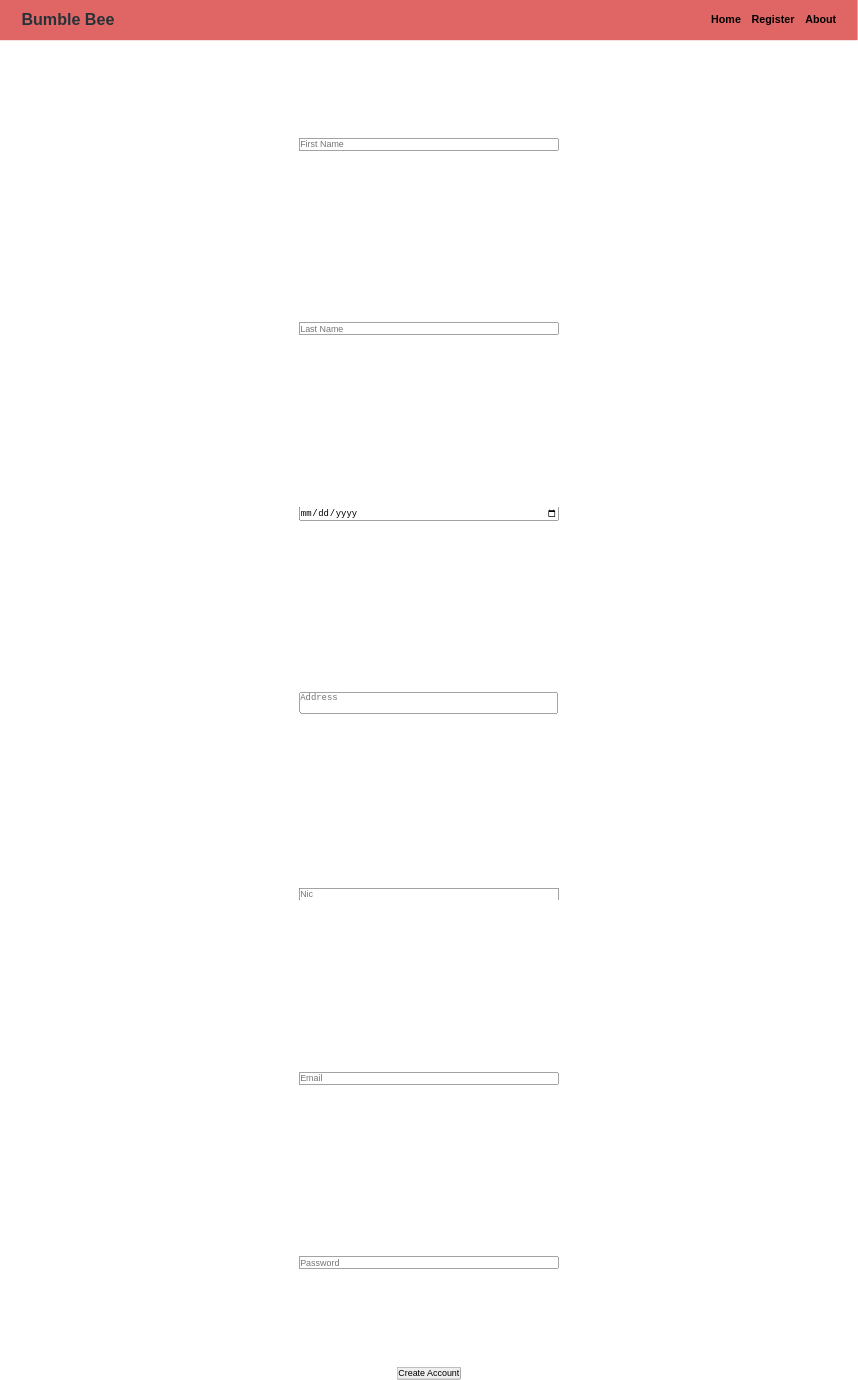
Repository: developerks611/Bumble-bee
Page: http://localhost/Bumble/add-customer.jsp
These files come from the project's save history. The page is drawn as it stood at one moment and after the next save; the edit follows.
The browser window is 1280 px wide. The pictures show the whole page, at 67% of full size.
The page is served by Tomcat 9.

Above is the page before, as saved 2023-02-28 03:45:05.

After the next save:
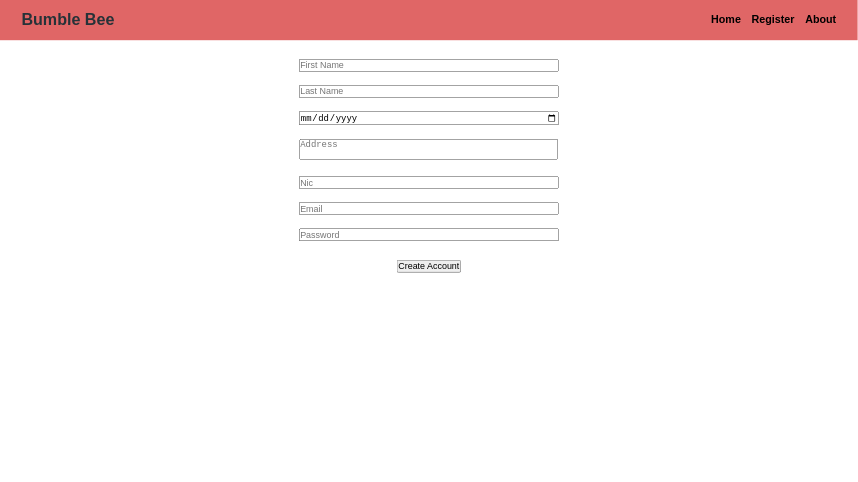
Saved 10 s later.
--- a/Bumble/src/main/webapp/add-customer.jsp
+++ b/Bumble/src/main/webapp/add-customer.jsp
@@ -51,7 +51,7 @@ nav a {
 
 	width:30%;
 	height:auto;
-	margin: 10%;
+	margin:10px;;
 }
 
 
